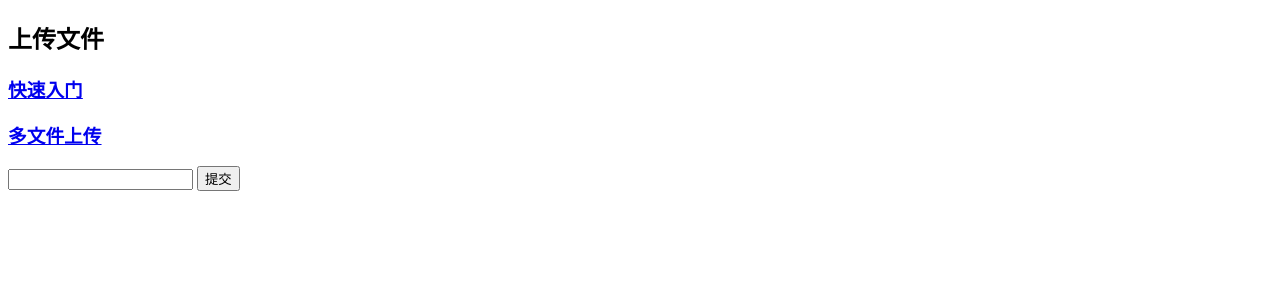
Repository: iamsongpeng/java-web-demo
Page: http://localhost/java-web-demo-upload-01/
An editor plug-in stored every save of this project. The page is shown before and after the next save, followed by the edit.
The browser window is 1280 px wide. The pictures show the whole page.
The page is served by Tomcat 9. Other server files are loaded and not shown.

Above is the page before, as saved 2017-06-12 03:29:43.

### java-web-demo-upload-01/WebContent/index.jsp
<%@ page language="java" contentType="text/html; charset=UTF-8"
    pageEncoding="UTF-8"%>
<!DOCTYPE html PUBLIC "-//W3C//DTD HTML 4.01 Transitional//EN" "http://www.w3.org/TR/html4/loose.dtd">
<html>
<head>
<meta http-equiv="Content-Type" content="text/html; charset=UTF-8">
<title>Insert title here</title>
</head>
<body>
	<h2>上传文件</h2>
	<h3><a href="${pageContext.request.contextPath }/upload.jsp">快速入门</a></h3>
	<h3><a href="${pageContext.request.contextPath }/manyFileUpload.jsp">多文件上传</a></h3>
	<form>
		<input type="text" name="laoda">
		<input type="button" value="提交">
	</form>
</body>
</html>

After the next save:
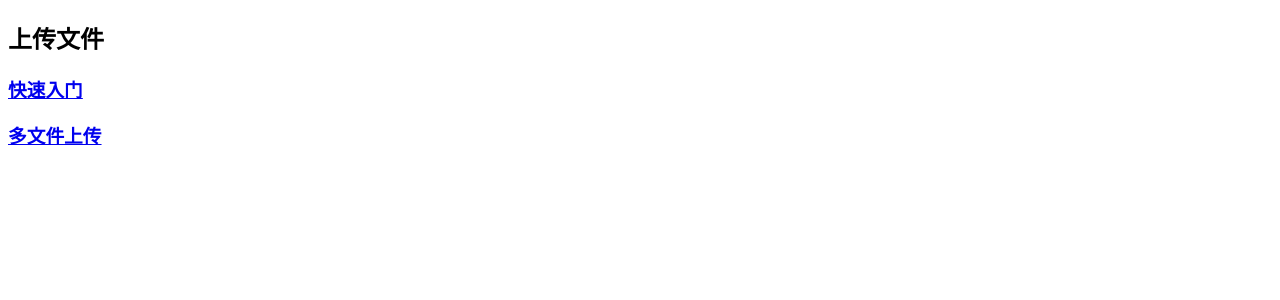
Saved 107 s later.
--- a/java-web-demo-upload-01/WebContent/index.jsp
+++ b/java-web-demo-upload-01/WebContent/index.jsp
@@ -10,9 +10,5 @@
 	<h2>上传文件</h2>
 	<h3><a href="${pageContext.request.contextPath }/upload.jsp">快速入门</a></h3>
 	<h3><a href="${pageContext.request.contextPath }/manyFileUpload.jsp">多文件上传</a></h3>
-	<form>
-		<input type="text" name="laoda">
-		<input type="button" value="提交">
-	</form>
 </body>
 </html>
